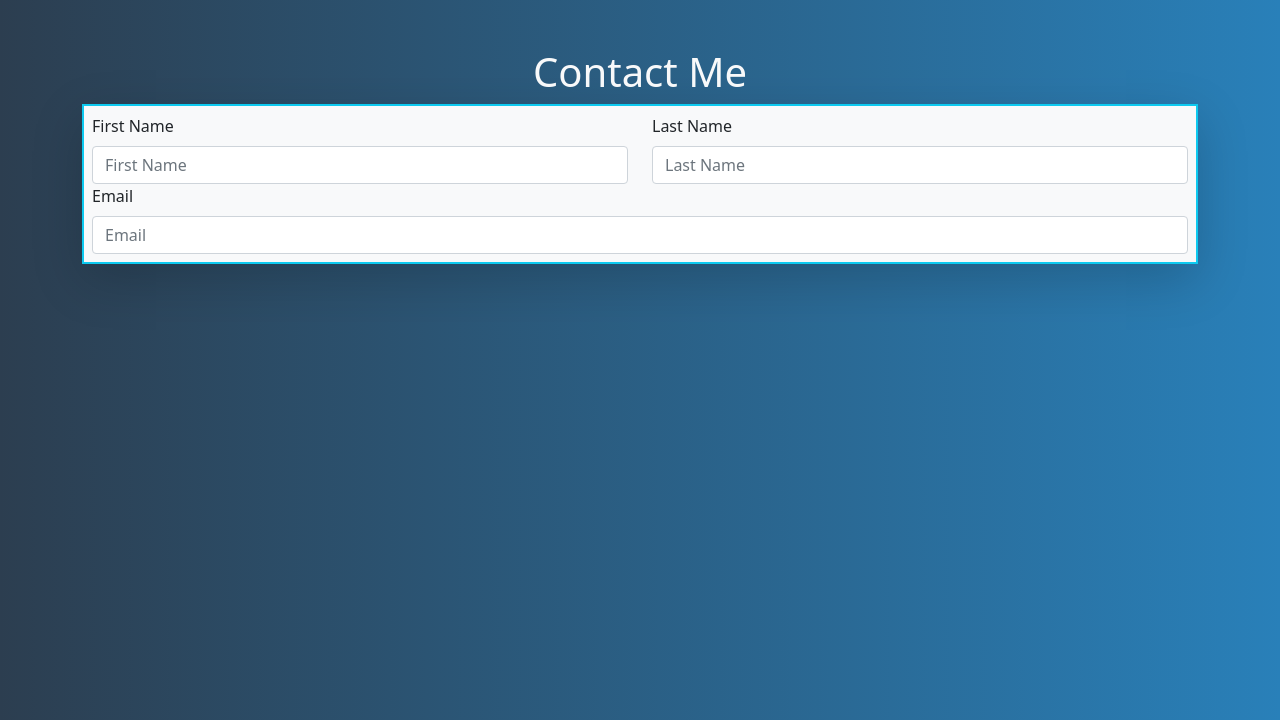
Repository: norman0286/formContactMe
Page: contactForm.html
An editor plug-in stored every save of this project. The page is shown before and after the next save, followed by the edit.
The browser window is 1280 px wide. The pictures show the whole page.

Above is the page before, as saved 2023-04-20 08:59:53.

### contactForm.html
<!DOCTYPE html>
<html lang="en">
  <head>
    <title>Contact Form</title>
    <!-- Required meta tags -->
    <meta charset="utf-8" />
    <meta
      name="viewport"
      content="width=device-width, initial-scale=1, shrink-to-fit=no"
    />

    <!-- Bootstrap CSS -->
    <link
      href="https://cdn.jsdelivr.net/npm/bootstrap@5.1.1/dist/css/bootstrap.min.css"
      rel="stylesheet"
      integrity="sha384-F3w7mX95PdgyTmZZMECAngseQB83DfGTowi0iMjiWaeVhAn4FJkqJByhZMI3AhiU"
      crossorigin="anonymous"
    />
    <link rel="stylesheet" href="/css/site.css" />
  </head>

  <body>
    <div class="container mt-5">
      <h1 class="text-light text-center">Contact Me</h1>
      <div class="border border-2 border-info shadow-lg p-2 bg-light">
        <form action="#">
          <div class="row">
            <div class="col">
              <label class="form-label">First Name</label>
              <input
                type="text"
                name="firstName"
                class="form-control"
                placeholder="First Name"
                aria-label="First Name"
                require
              />
            </div>
            <div class="col">
              <label class="form-label">Last Name</label>
              <input
                type="text"
                name="lastName"
                class="form-control"
                placeholder="Last Name"
                aria-label="Last Name"
                require
              />
            </div>
          </div>
          <div class="row">
            <div class="col">
              <label class="form-label">Email</label>
              <input
                type="email"
                name="email"
                class="form-control"
                placeholder="Email"
                aria-label="Email"
                required
              />
            </div>
          </div>
        </form>
      </div>
    </div>

    <!-- Bootstrap JS -->
    <script
      src="https://cdn.jsdelivr.net/npm/bootstrap@5.1.1/dist/js/bootstrap.bundle.min.js"
      integrity="sha384-/bQdsTh/da6pkI1MST/rWKFNjaCP5gBSY4sEBT38Q/9RBh9AH40zEOg7Hlq2THRZ"
      crossorigin="anonymous"
    ></script>
  </body>
</html>

### css/site.css
body{
    background: #2980b9;  /* fallback for old browsers */
background: -webkit-linear-gradient(to right, #2c3e50, #2980b9);  /* Chrome 10-25, Safari 5.1-6 */
background: linear-gradient(to right, #2c3e50, #2980b9); /* W3C, IE 10+/ Edge, Firefox 16+, Chrome 26+, Opera 12+, Safari 7+ */

}

After the next save:
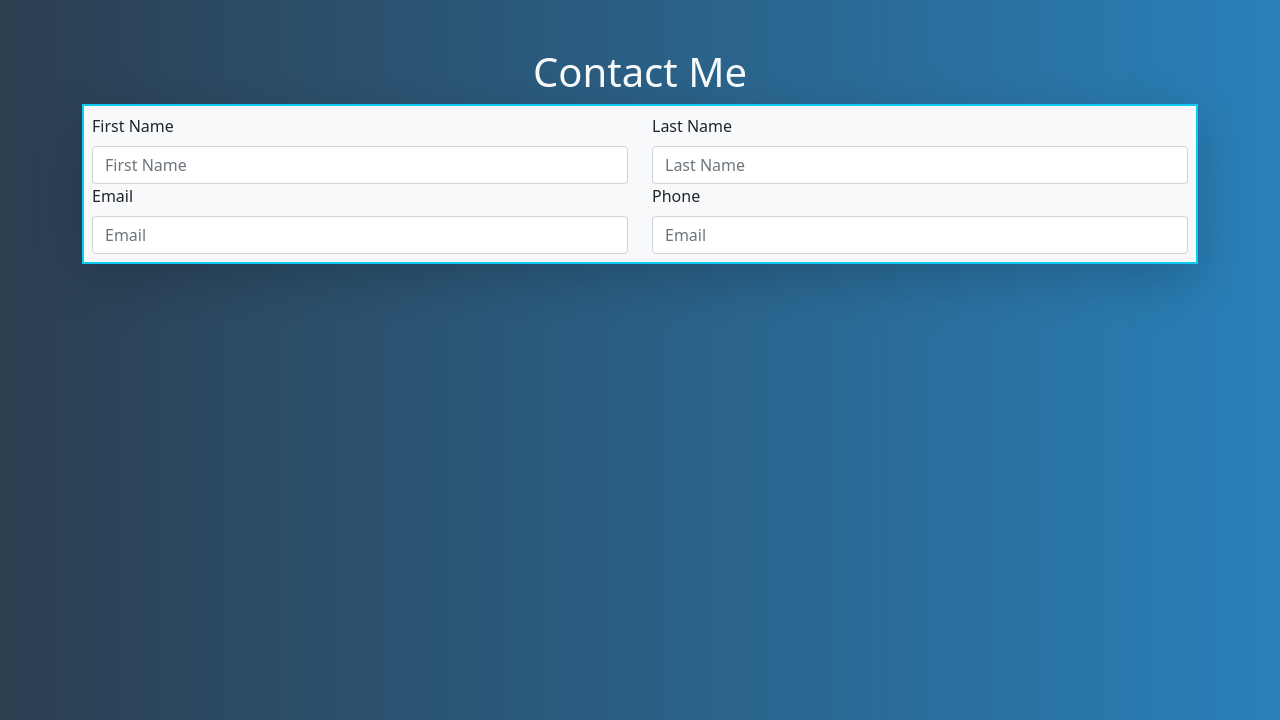
Saved 80 s later.
--- a/contactForm.html
+++ b/contactForm.html
@@ -60,6 +60,17 @@
                 required
               />
             </div>
+            <div class="col">
+              <label class="form-label">Phone</label>
+              <input
+                type="tel"
+                name="Phone"
+                class="form-control"
+                placeholder="Email"
+                aria-label="Email"
+                required
+              />
+            </div>
           </div>
         </form>
       </div>
